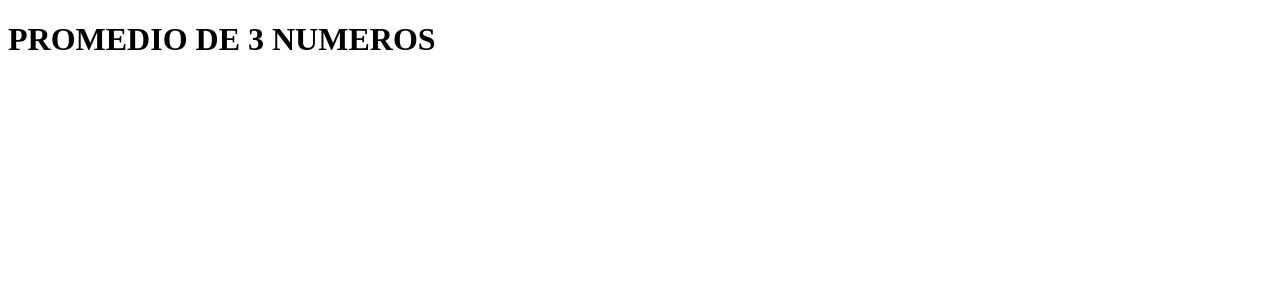
Repository: DavidAparco/WSLCTIC
Page: http://localhost/Demo001/promedio.jsp
These files come from the project's save history. The page is drawn as it stood at one moment and after the next save; the edit follows.
The browser window is 1280 px wide. The pictures show the whole page.
The page is served by Tomcat 9.

Above is the page before, as saved 2016-06-08 16:40:17.

After the next save:
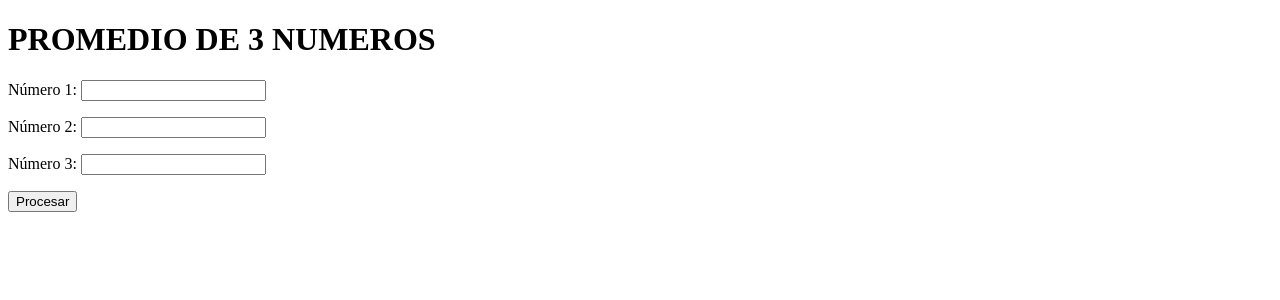
Saved 2 min 7 s later.
--- a/Demo001/WebContent/promedio.jsp
+++ b/Demo001/WebContent/promedio.jsp
@@ -9,6 +9,10 @@
 <body>
 	<h1>PROMEDIO DE 3 NUMEROS</h1>
 	<form action="post" action="promedio.jsp">
+		<p>Número 1: <input type="text" name="n1"/></p>
+		<p>Número 2: <input type="text" name="n2"/></p>
+		<p>Número 3: <input type="text" name="n3"/></p>
+		<input type="submit" value="Procesar" name="btnProcesar" />
 	</form>
 </body>
 </html>
